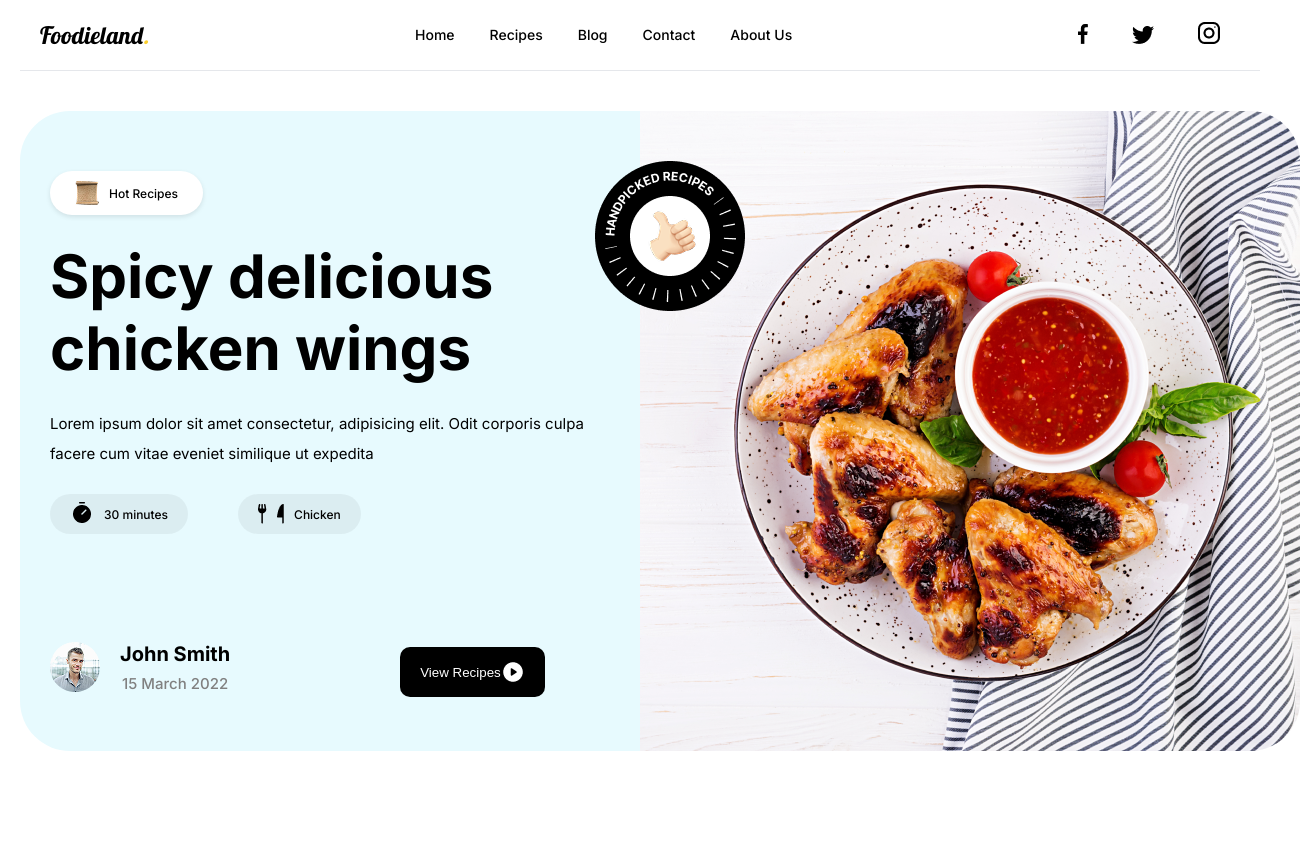
Repository: SolomonChinonso/Advanced-html-and-css-project
Page: index.html
These files come from the project's save history. The page is drawn as it stood at one moment and after the next save; the edit follows.
The browser window is 1280 px wide. The page is 1300 px wide, so the pictures cover 1300 px, including what lies to the right of the window. The pictures show the whole page.

Above is the page before, as saved 2026-04-16 13:46:31.

### index.html
<!DOCTYPE html>
<html lang="en">
<head>
    <meta charset="UTF-8">
    <meta name="viewport" content="width=device-width, initial-scale=1.0">
    <title>Document</title>
    <link rel="stylesheet" href="style.css">
    <link href="https://fonts.googleapis.com/css2?family=Lobster&display=swap" rel="stylesheet">
    <link href="https://fonts.googleapis.com/css2?family=Inter:wght@400;500;600;700&display=swap" rel="stylesheet">
</head>
<body>
    <header>
        <strong class="logo">Foodieland<em class="dot">.</em></strong>
        <nav>

            <ul>
                <li><a href="#">Home</a></li>
                <li><a href="#">Recipes</a></li>
                <li><a href="#">Blog</a></li>
                <li><a href="#">Contact</a></li>
                <li><a href="#">About Us</a></li>
            </ul>

        </nav>
        <section class="social-handles">
                <a href="#"><img src="./social-icons/001-facebook.png" alt="facebook"></a>
                <a href="#"><img src="./social-icons/003-twitter.png" alt=""></a>
                <a href="#"><img src="./social-icons/004-instagram.png" alt=""></a>
        </section>
    </header>

    <section class="banner">
        <div class="badge">
            <img src="./images/Badge.png" alt="">
        </div>
        <div class="banner-section">

            <div class="details">
                <span class="hot-recipe"><img src="./social-icons/image 14 (1).png" alt="">Hot Recipes</span>

                <h1>Spicy delicious chicken wings
                </h1>

                <p> Lorem ipsum dolor sit amet consectetur, adipisicing elit. Odit corporis culpa facere cum vitae eveniet similique ut expedita
                </p>

                <div class="timer-utensils">
                    <span><img src="./social-icons/Timer.png" alt="timer">30 minutes</span>

                    <span><img src="./social-icons/Vector (1).png" alt=""><img src="./social-icons/Vector.png" alt=""> Chicken
                    </span>
                </div>

                <div class="author-profile">

                    <span>
                        <img src="./social-icons/Ellipse 2 (1).png" alt="">
                    </span>
                    <span class="author-details">
                            <strong>John Smith</strong><p>15 March 2022</p>
                    </span>
                     <button type="button">View Recipes <img src="./social-icons/PlayCircle.png" alt="">
                </button>
                </div>



           </div>
            <div class="banner-img">
                <img src="./images/Mask Group.png" alt="">
            </div>
        </div>
    </section>
</body>
</html>

### style.css
*{
    margin: 0;
    padding: 0;
    box-sizing: border-box;
}
body{
    max-width: 100vw;
    margin: 0 20px;
    padding: 0;

}
header{
    display: flex;
    flex-direction: row;
    justify-content: space-between;
    align-items: center;
    text-align: center;
    margin: 0px;
    padding: 20px;
    flex-wrap: wrap;
    border-bottom: 1px solid #e5e7eb;
}
nav{
    display: flex;
    justify-content: space-between;
    flex-wrap: wrap;
}
nav ul{
    display: flex;
    list-style: none;
    justify-content: space-between;
    text-align: center;
    flex-wrap: wrap;
    gap: 35px;
}
li a{
    text-decoration: none;
    color: black;
    font-family: inter;
    font-weight: 500;
    font-size: 14px;
    letter-spacing: -3%;
}

.social-handles a{
    padding: 20px;
    flex-wrap: wrap;
}
.logo{
    font-family: lobster;
    font-weight: 400;
    font-size: 24px;
}
.dot{
    color:rgb(251, 207, 47)
}
.banner{
    display: flex;
    flex-direction: column;
    justify-content: center;
    align-items: center;
    flex-wrap: wrap;
    position: relative;
    margin-top: 0;
    padding: 0;
    top: -110px;
    font-family: inter;

}
.badge{
    width: 150px;
    display: flex;
    position: relative;
    top: 200px;
    right: -30px;

}
.banner-section{
    display: flex;
    align-items: center;
    justify-content: center;
    flex: 0 auto;
    height: 640px;
    width: 100%;
    border-radius: 15px;
    flex-wrap: wrap;

}
.details{
    display: flex;
    flex-direction: column;
    justify-content: start;
    align-items: flex-start;
    background-color: #E7FAFE;
    min-width: 50%;
    height: 100%;
    padding: 30px;
    border-radius: 50px 0 0 50px;
    flex: 1;
    width: 640px;
}
.banner-img{
    display: flex;
    min-width: 50%;
    height: 100%;
    flex: 1;
    /* object-fit: fill; */
    width: 660px;
}
span{
    display: flex;
    justify-content: center;
    align-items: center;
    font-family: inter;
    font-size: 12px;
    font-weight: 500;
    gap: 10px;
}
.hot-recipe{
    background-color: white;
    padding: 10px 25px;
    border-radius: 30px;
    box-shadow: 0 2px 5px rgba(0,0,0,0.1);
    margin-top: 30px;
}
h1{
    font-size: 60px;
    margin: 25px 0;
}
p{
    font-size: 15px;
    line-height: 30px;
    margin-bottom: 25px;
}
.timer-utensils{
    display: flex;
    gap: 50px;
}
.timer-utensils span{
    background-color: rgba(0,0,0,0.05);
    padding: 8px 20px;
    border-radius: 20px;
}
.author-profile{
    display: flex;
    text-align: center;
    justify-content: center;
    gap: 20px;
    position: relative;
    bottom: -95px;
}
.author-details{
    display: flex;
    flex-direction: column;
    position: relative;
    top: 20px;
    line-height: 10px;

}
.author-details strong{
    font-size: 20px;
}
.author-details p{
    color: gray;
}
button{
    display: flex;
    justify-content: center;
    align-items: center;
    margin-left: 150px;
    font-weight: 500;
    color: white;
    background-color: black;
    padding: 0 20px;
    height: 50px;
    position: relative;
    top: 18px;
    border-radius: 10px;
    border: none;
    gap: ;
}

After the next save:
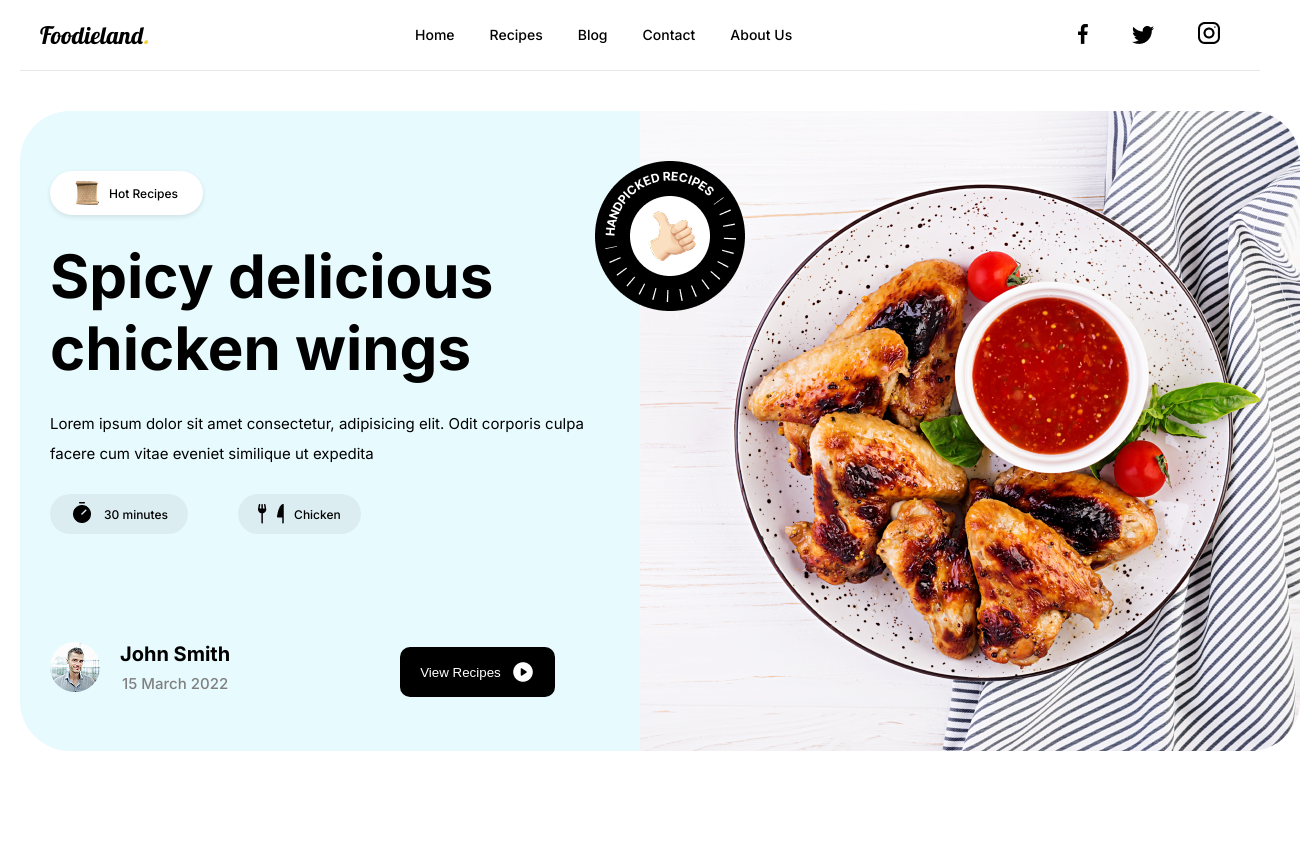
Saved 5 s later.
--- a/style.css
+++ b/style.css
@@ -177,5 +177,5 @@ button{
     top: 18px;
     border-radius: 10px;
     border: none;
-    gap: ;
+    gap: 10px;
 }
